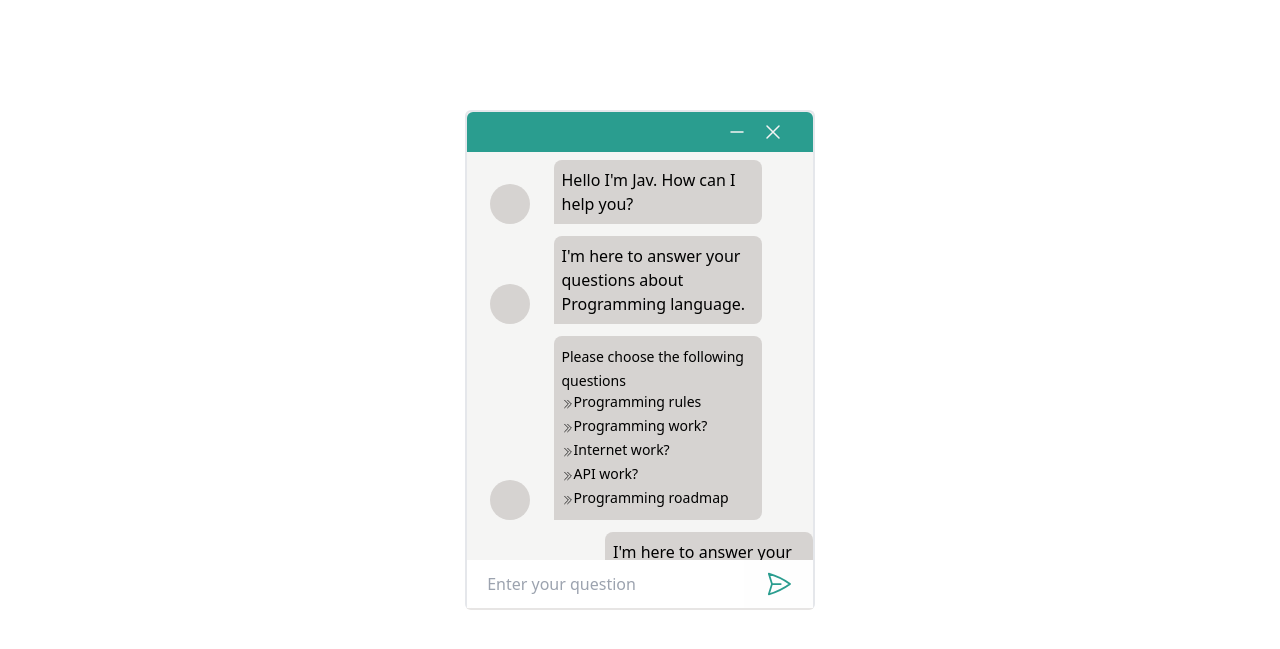
Repository: hsumyatm7308/Chatbot
Page: index.html
The author's editor kept a copy of each file at every save. The page is drawn from the files as they stood at one save, then again after the next save.
The browser window is 1280 px wide. The pictures show the whole page.
Some web libraries are served in a nearby version.

Above is the page before, as saved 2023-07-09 12:48:13.

### index.html
<!DOCTYPE html>
<html>

<head>
    <title>Chat Bot</title>
    <script src="https://cdn.tailwindcss.com"></script>
</head>

<body class="bg-[#fffff]">

    <div class="w-screen h-screen flex justify-center items-center   container">
        <div class="w-[350px] h-[500px] bg-[#f4f4f4] border-2 border-b-stone-200 rounded-md relative chatbot-container">
            <div
                class="w-full h-10 text-[#f4f4f4] bg-[#2a9d8f] rounded-tl-md rounded-tr-md flex justify-end items-center">
                <svg xmlns="http://www.w3.org/2000/svg" fill="none" viewBox="0 0 24 24" stroke-width="1.5"
                    stroke="currentColor" class="w-6 h-6 mr-3">
                    <path stroke-linecap="round" stroke-linejoin="round" d="M18 12H6" />
                </svg>

                <svg xmlns="http://www.w3.org/2000/svg" fill="none" viewBox="0 0 24 24" stroke-width="1.5"
                    stroke="currentColor" class="w-6 h-6 mr-7">
                    <path stroke-linecap="round" stroke-linejoin="round" d="M6 18L18 6M6 6l12 12" />
                </svg>

            </div>

            <div class="w-full h-[410px] bg-stone-100 overflow-y-scroll">
                <div class="w-full grid grid-cols-4 flex profile-side mt-2 mb-3">
                    <div class="w-full h-auto flex justify-center items-end">
                        <div class="w-10 h-10 rounded-full bg-stone-300">

                        </div>
                    </div>
                    <div class=" col-span-3">
                        <div class="w-full h-auto ">
                            <div class="w-52 h-full bg-stone-300 rounded-lg rounded-bl-none p-2">
                                <span>Hello I'm Jav. How can I help you?</span>
                            </div>
                        </div>
                    </div>
                </div>


                <div class="w-full grid grid-cols-4 flex profile-side mt-2 mb-3">
                    <div class="w-full h-auto flex justify-center items-end">
                        <div class="w-10 h-10 rounded-full bg-stone-300">

                        </div>
                    </div>
                    <div class=" col-span-3">
                        <div class="w-full h-auto ">
                            <div class="w-52 h-full bg-stone-300 rounded-lg rounded-bl-none p-2">
                                <span class="">I'm here to answer your questions about Programming language.</span>
                            </div>
                        </div>
                    </div>
                </div>



                <div class="w-full grid grid-cols-4 flex profile-side mt-2 mb-3">
                    <div class="w-full h-auto flex justify-center items-end">
                        <div class="w-10 h-10 rounded-full bg-stone-300">

                        </div>
                    </div>
                    <div class=" col-span-3">
                        <div class="w-full h-auto ">
                            <div class="w-52 h-full bg-stone-300 rounded-lg rounded-bl-none p-2">
                                <span>
                                    <span class="text-sm">Please choose the following questions</span>
                                    <ul class="">
                                        <li class="text-md flex"><a href=""
                                                class="text-sm flex justify-center items-center"><svg
                                                    xmlns="http://www.w3.org/2000/svg" fill="none" viewBox="0 0 24 24"
                                                    stroke-width="1.5" stroke="currentColor" class="w-3 h-3">
                                                    <path stroke-linecap="round" stroke-linejoin="round"
                                                        d="M11.25 4.5l7.5 7.5-7.5 7.5m-6-15l7.5 7.5-7.5 7.5" />
                                                </svg>
                                                <span class="mb-1">Programming rules</span></a></li>
                                        <li class="text-md flex"><a href=""
                                                class="text-sm flex justify-center items-center"><svg
                                                    xmlns="http://www.w3.org/2000/svg" fill="none" viewBox="0 0 24 24"
                                                    stroke-width="1.5" stroke="currentColor" class="w-3 h-3">
                                                    <path stroke-linecap="round" stroke-linejoin="round"
                                                        d="M11.25 4.5l7.5 7.5-7.5 7.5m-6-15l7.5 7.5-7.5 7.5" />
                                                </svg>
                                                <span class="mb-1">Programming work?</span></a></li>

                                        <li class="text-md flex"><a href=""
                                                class="text-sm flex justify-center items-center"><svg
                                                    xmlns="http://www.w3.org/2000/svg" fill="none" viewBox="0 0 24 24"
                                                    stroke-width="1.5" stroke="currentColor" class="w-3 h-3">
                                                    <path stroke-linecap="round" stroke-linejoin="round"
                                                        d="M11.25 4.5l7.5 7.5-7.5 7.5m-6-15l7.5 7.5-7.5 7.5" />
                                                </svg>
                                                <span class="mb-1"> Internet work?</span></a></li>

                                        <li class="text-md flex"><a href=""
                                                class="text-sm flex justify-center items-center"><svg
                                                    xmlns="http://www.w3.org/2000/svg" fill="none" viewBox="0 0 24 24"
                                                    stroke-width="1.5" stroke="currentColor" class="w-3 h-3">
                                                    <path stroke-linecap="round" stroke-linejoin="round"
                                                        d="M11.25 4.5l7.5 7.5-7.5 7.5m-6-15l7.5 7.5-7.5 7.5" />
                                                </svg>
                                                <span class="mb-1"> API work?</span></a></li>


                                        <li class="text-md flex"><a href=""
                                                class="text-sm flex justify-center items-center"><svg
                                                    xmlns="http://www.w3.org/2000/svg" fill="none" viewBox="0 0 24 24"
                                                    stroke-width="1.5" stroke="currentColor" class="w-3 h-3">
                                                    <path stroke-linecap="round" stroke-linejoin="round"
                                                        d="M11.25 4.5l7.5 7.5-7.5 7.5m-6-15l7.5 7.5-7.5 7.5" />
                                                </svg>
                                                <span class="mb-1"> Programming roadmap</span></a></li>


                                    </ul>
                                </span>
                            </div>
                        </div>
                    </div>
                </div>


                <!-- from cus -->
                <div class="w-full  flex justify-end  profile-side mt-2 mb-3">
                    <div>
                        <div class="w-full h-auto  flex justify-end">
                            <div class="w-52 h-full bg-stone-300 rounded-lg rounded-br-none  p-2">
                                <span>I'm here to answer your questions about Programming language.</span>
                            </div>
                        </div>
                    </div>



                </div>

            </div>




            <div class="w-full h-12 bg-red-100 absolute bottom-0 z-10">
                <form action="" class="w-full h-12 bg-[#fefefe] flex justify-between items-center">
                    <input type="text" class="w-[80%] h-full  rounded-bl-md p-4" placeholder=" Enter your question">

                    <button type="submit" class="mr-5">
                        <svg xmlns="http://www.w3.org/2000/svg" fill="none" viewBox="0 0 24 24" stroke-width="1.5"
                            stroke="currentColor" class="w-7 h-7 text-[#2a9d8f]">
                            <path stroke-linecap="round" stroke-linejoin="round"
                                d="M6 12L3.269 3.126A59.768 59.768 0 0121.485 12 59.77 59.77 0 013.27 20.876L5.999 12zm0 0h7.5" />
                        </svg>

                    </button>
                </form>
            </div>


        </div>


    </div>


</body>

</html>

After the next save:
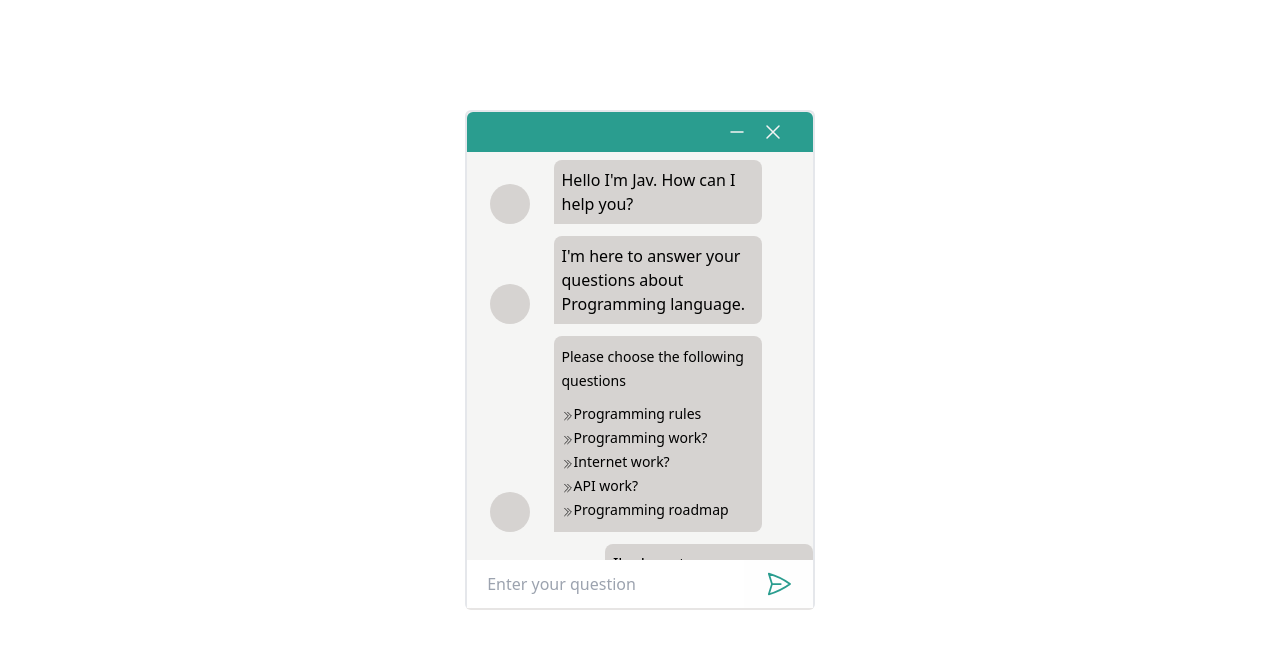
Saved 15 s later.
--- a/index.html
+++ b/index.html
@@ -69,7 +69,7 @@
                             <div class="w-52 h-full bg-stone-300 rounded-lg rounded-bl-none p-2">
                                 <span>
                                     <span class="text-sm">Please choose the following questions</span>
-                                    <ul class="">
+                                    <ul class="mt-3">
                                         <li class="text-md flex"><a href=""
                                                 class="text-sm flex justify-center items-center"><svg
                                                     xmlns="http://www.w3.org/2000/svg" fill="none" viewBox="0 0 24 24"
